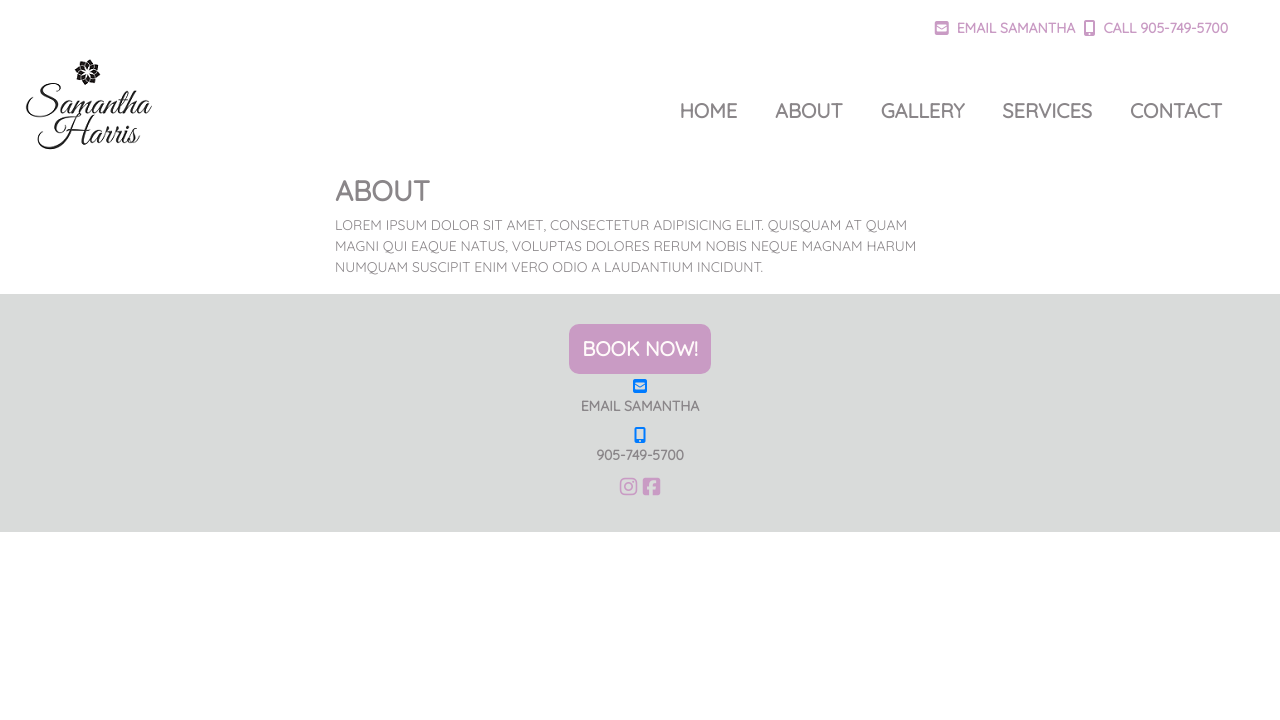
Repository: JayneyNix/milestone-1-UCFD
Page: about.html
The author's editor kept a record of every edit. The page is drawn from the files as they stood at one moment, then again after the next edit.
The browser window is 1280 px wide. The pictures show the whole page.
Some web libraries are served in a nearby version.

Above is the page before.

After the next edit:
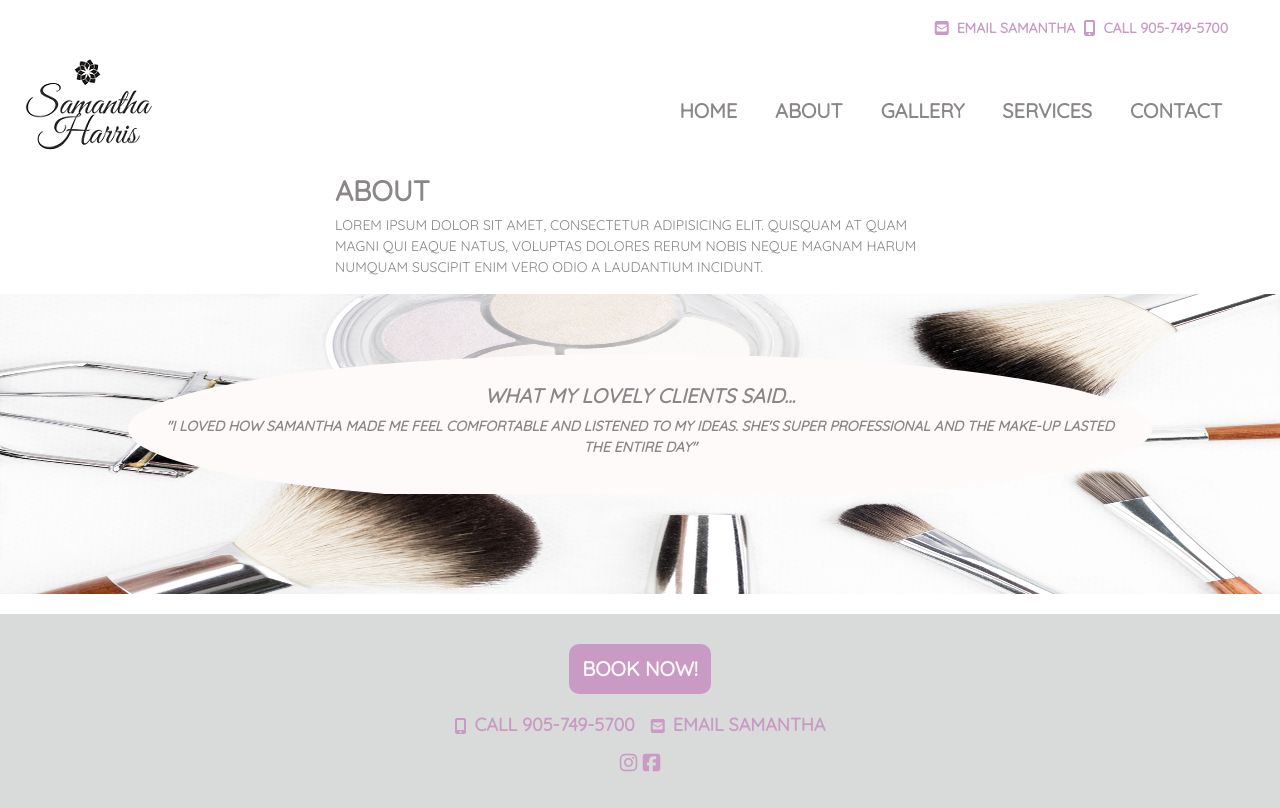
The edit:
--- a/about.html
+++ b/about.html
@@ -89,47 +89,92 @@
 
 
 
+  <!--Testimonials-->
 
+    <div id="testimonial-carousel" class="carousel slide d-none d-md-block" data-ride="carousel">
+        <div class="carousel-inner">
+            <div class="carousel-item active">
+                <img class="carousel-image d-block w-100" src="Assets/cosmetic-brushes.png" alt="Slide-One">
+                <div class="carousel-caption d-none d-md-block height-auto">
+                    <div class="box">
+                        <h2 class="h2 headings carousel-heading align-items-center justify-content-center">What My Lovely Clients Said...</h2>
+                            <p class="p headings carousel-text">"Sam was awesome from the moment I met her I knew I didn't want anyone else to do my make-up! I felt so confident and beautiful but still like me"
+                            </p>
+                    </div>
+                </div>
+            </div>
 
+            <div class="carousel-item">
+                <img class="carousel-image d-block w-100" src="Assets/cosmetic-brushes.png" alt="Slide-One">
+                <div class="carousel-caption d-none d-md-block">
+                    <div class="box">
+                        <h2 class="h2 headings carousel-heading align-items-center justify-content-center">What My Lovely Clients Said...</h2>
+                            <p class="p headings carousel-text">"I loved how Samantha made me feel comfortable and listened to my ideas. She's super professional and the make-up lasted the entire day"
+                            </p>
+                    </div>
+                </div>
+            </div>
+            <div class="carousel-item">
+                <img class="carousel-image d-block w-100" src="Assets/cosmetic-brushes.png" alt="Slide-One">
+                <div class="carousel-caption d-none d-md-block">
+                    <div class="box">
+                        <h2 class="h2 headings carousel-heading align-items-center justify-content-center">What My Lovely Clients Said...</h2>
+                            <p class="p headings carousel-text">"I was looking for someone who uses natural products and the latest techniques and Samantha was knowledgeable, experienced and wasn't flustered with our party of 7!"
+                            </p>
+                    </div>
+                </div>
+            </div>
+        </div>
+    </div>
 
+    <!--Testimonials-->
 
-
+    <!--Footer-->
 
     <footer class="container-fluid footer-container no-padding">
 
         <div id="footer" class="row">
-            <div class="col-md-12">
+            <div class="col-sm-12">
                 <div class="action">
                     <btn class="footer-button">
-                        <a class="contact-link" href="contact.html"><h2 class="h2 headings footer-items">BOOK NOW!</h2></a>
+                        <a class="contact-link" href="contact.html">
+                            <h2 class="h2 headings footer-items">BOOK NOW!</h2>
+                        </a>
                     </btn>
                 </div>
 
-                <div class="col-md-12">
-                    <div class="contact-methods">
-                        <a class="send-email" href="mailto:bookings@samanthaharris.ca" target="-blank"><i class="fas fa-envelope-square" aria-hidden="true"></i>
-                <h5 class="h5 headings">Email Samantha</h5></a>
-                        <a class="call" href="tel:905-749-5700"><i class="fas fa-mobile-alt" aria-hidden="true"></i><h5 class="h5 headings">905-749-5700</h5></a>
+                <div class="d-flex flex-row justify-content-center mt-3">
+
+                    <div class="p-1 call-icon"><a class="call-header" href="tel:905-749-5700" target="-blank"><i class="fas fa-mobile-alt" aria-hidden="true"></i></a>
+                    </div>
+                    <div class="p-1 call-text mr-2">
+                        <a class="call-contact" href="tel:905-749-5700" target="-blank">
+                            <h3 class="h3 headings">Call 905-749-5700</h3>
+                        </a>
+                    </div>
+                    <div class="p-1 email icon"><a class="email-header" href="mailto:bookings@samanthaharris.ca" target="-blank"><i class="fas fa-envelope-square" aria-hidden="true"></i></a>
+                    </div>
+                    <div class="p-1 email-text">
+                        <a class="email-contact" href="mailto:bookings@samanthaharris.ca" target="-blank">
+                            <h3 class="h3 headings">Email Samantha</h3>
+                        </a>
                     </div>
                 </div>
 
-                <div class="col-md-12">
+                <div class="col-sm-12">
                     <div class="social"></div>
                     <a class="insta" href="https://www.instagram.com" target="-blank"><i class="fab fa-instagram" aria-hidden="true"></i>
                     </a>
                     <a class="facebook" href="https://www.facebook.com" target="-blank"><i class="fab fa-facebook-square" aria-hidden="true"></i></a>
                 </div>
             </div>
-
         </div>
-
-
     </footer>
 
-
-    <script src="https://stackpath.bootstrapcdn.com/bootstrap/4.3.1/js/bootstrap.min.js" integrity="sha384-JjSmVgyd0p3pXB1rRibZUAYoIIy6OrQ6VrjIEaFf/nJGzIxFDsf4x0xIM+B07jRM" crossorigin="anonymous"></script>
-
-    <script src="https://cdnjs.cloudflare.com/ajax/libs/popper.js/1.14.7/umd/popper.min.js" integrity="sha384-UO2eT0CpHqdSJQ6hJty5KVphtPhzWj9WO1clHTMGa3JDZwrnQq4sF86dIHNDz0W1" crossorigin="anonymous"></script>
+    <!--Footer-->
+<script src="https://cdnjs.cloudflare.com/ajax/libs/jquery/3.4.1/jquery.slim.min.js"></script>
+<script src="https://cdnjs.cloudflare.com/ajax/libs/popper.js/1.15.0/umd/popper.min.js"></script>
+<script src="https://cdnjs.cloudflare.com/ajax/libs/twitter-bootstrap/4.3.1/js/bootstrap.min.js"></script>
 </body>
 
 </html>
